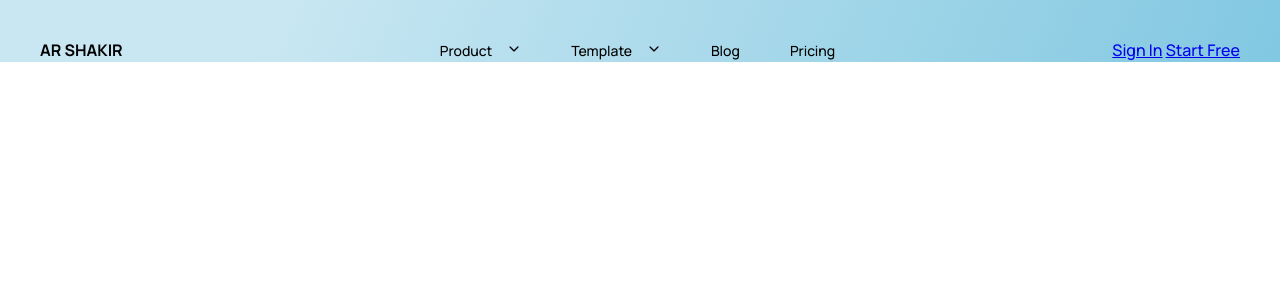
Repository: duongdori/ARShakir
Page: index.html
These files come from the project's save history. The page is drawn as it stood at one moment and after the next save; the edit follows.
The browser window is 1280 px wide. The pictures show the whole page.

Above is the page before, as saved 2022-04-01 22:23:41.

### index.html
<!DOCTYPE html>
<html lang="en">
<head>
    <meta charset="UTF-8">
    <meta http-equiv="X-UA-Compatible" content="IE=edge">
    <meta name="viewport" content="width=device-width, initial-scale=1.0">
    <title>Document</title>
    <link rel="preconnect" href="https://fonts.googleapis.com">
    <link rel="preconnect" href="https://fonts.gstatic.com" crossorigin>
    <link href="https://fonts.googleapis.com/css2?family=Manrope:wght@400;500;600;700;800&display=swap" rel="stylesheet">

    <link rel="stylesheet" href="./assets/css/main.css">
</head>
<body>
    <div class="wrapper">
        <header class="header">
            <div class="header-top">
                <div class="container">
                    <div class="header-logo">AR Shakir</div>
                    <ul class="header-menu">
                        <li class="header-menu-item">
                            <a href="#" class="header-menu-item-link">Product</a>
                            <ion-icon class="header-menu-item-icon" name="ios-arrow-down"></ion-icon>
                        </li>
                        <li class="header-menu-item">
                            <a href="#" class="header-menu-item-link">Template</a>
                            <ion-icon class="header-menu-item-icon" name="ios-arrow-down"></ion-icon>
                        </li>
                        <li class="header-menu-item">
                            <a href="#" class="header-menu-item-link">Blog</a>
                        </li>
                        <li class="header-menu-item">
                            <a href="#" class="header-menu-item-link">Pricing</a>
                        </li>
                    </ul>
                    <div class="header-login">
                        <a href="#" class="header-login-signin">Sign In</a>
                        <a href="#" class="header-login-startfree">Start Free</a>
                    </div>
                </div>
            </div>
        </header>
    </div>
</body>
<script  src = "https://unpkg.com/ionicons@4.5.10-0/dist/ionicons.js" > </script >
</html>

### assets/css/main.css
*, *::before, *::after {
  box-sizing: border-box;
}
* {
  margin: 0;
}

html, body {
  height: 100%;
}
body {
  line-height: 1.5;
  -webkit-font-smoothing: antialiased;
  -webkit-tap-highlight-color: rgba(0,0,0,0);
}

img, picture, video, canvas, svg {
  display: block;
  max-width: 100%;
}
input, button, textarea, select {
  font: inherit;
  outline: none;
  border: none;
}
p, h1, h2, h3, h4, h5, h6 {
  overflow-wrap: break-word;
}

:root {
    --primary-font: "Manrope";
    --primary-text-color: #000;
}
body {
    font-family: var(--primary-font);
    font-weight: 500;
}

.wrapper {
    max-width: 1440px;
    margin: 0 auto;
}

.container {
    max-width: 1200px;
    margin: 0 auto;
}

.header{
    background: linear-gradient(292.12deg, #62BADA -35.02%, #C9E7F2 78.96%);
}

.header-top{
    padding-top: 38px;
}

.header-top .container {
    display:flex;
    justify-content: space-between;
    align-items: center;
}

.header-logo{
    font-weight: 700;
    font-style: 20px;
    line-height: calc(25 / 20);
    text-transform: uppercase;
    color: var(--primary-text-color);
}

.header-menu{
    display:flex;
    align-items: center;
    gap: 50px;
    list-style: none;
    font-weight: 500;
    font-size: 14px;
    line-height: calc(19 / 14);
}

.header-menu-item{


}

.header-menu-item-link{
    color: var(--primary-text-color);
    text-decoration: none;

}

.header-menu-item-icon {
    margin-left: 12px;
}

.header-login{

}

.header-login-signin{

}

.header-login-startfree{

}

After the next save:
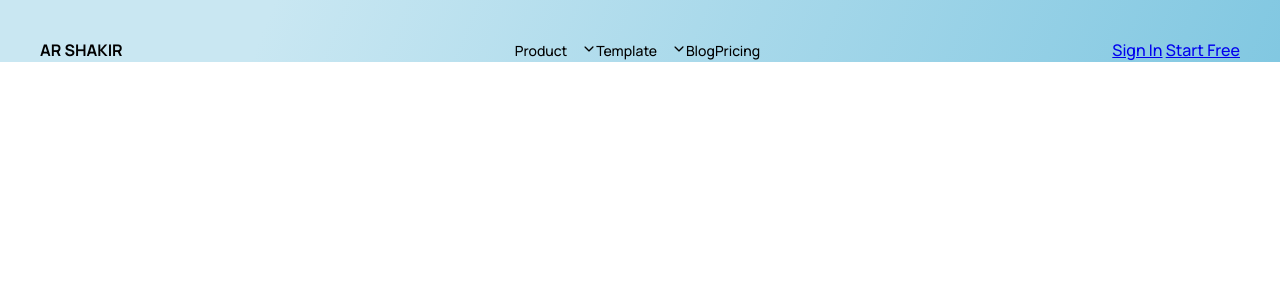
Saved 2 min 52 s later.
--- a/assets/css/main.css
+++ b/assets/css/main.css
@@ -71,7 +71,7 @@ body {
 .header-menu{
     display:flex;
     align-items: center;
-    gap: 50px;
+
     list-style: none;
     font-weight: 500;
     font-size: 14px;
